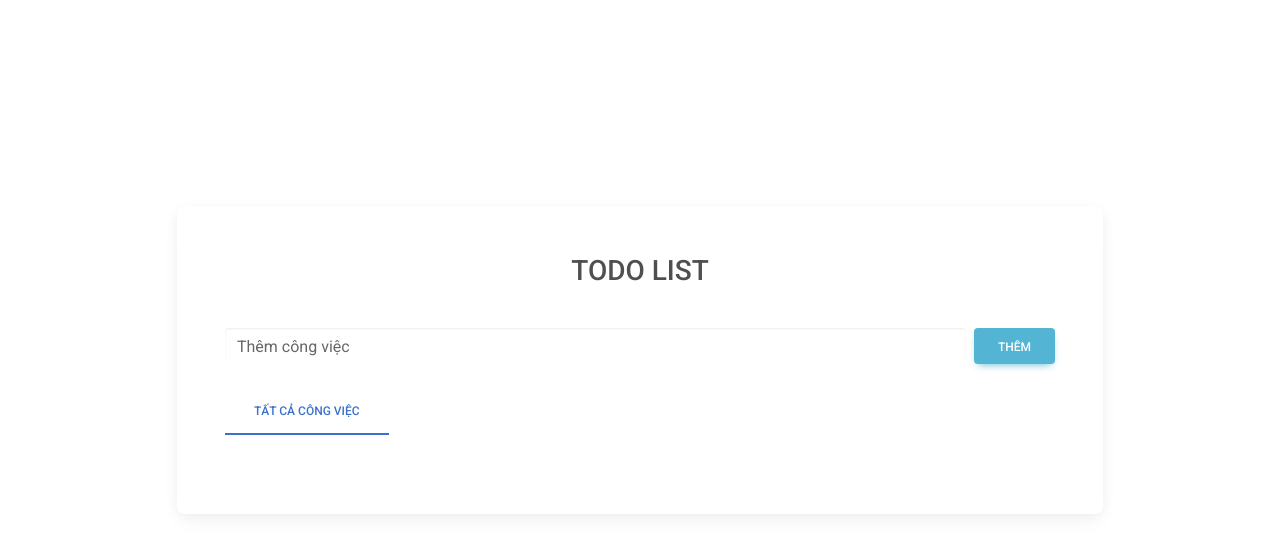
Repository: TinhTT336/MD02_HACKATHON01_HN_JV230620_BS_TranThiTinh_Basic
Page: /
An editor plug-in stored every save of this project. The page is shown before and after the next save, followed by the edit.
The browser window is 1280 px wide. The pictures show the whole page.
Some web libraries are served in a nearby version. The project was rebuilt for these pictures with package versions that can differ from the ones it lists, and the page was loaded fresh each time. Also part of the build but not shown: vite.config.js, src/App.css, src/index.css.

Above is the page before, as saved 2023-09-05 10:05:56.

### index.html
<!DOCTYPE html>
<html lang="en">
  <head>
    <meta charset="UTF-8" />
    <link rel="icon" type="image/svg+xml" href="/vite.svg" />
    <meta name="viewport" content="width=device-width, initial-scale=1.0" />
    <title>Vite + React</title>
    <link
      href="https://cdnjs.cloudflare.com/ajax/libs/font-awesome/6.0.0/css/all.min.css"
      rel="stylesheet"
    />
    <link
      href="https://fonts.googleapis.com/css?family=Roboto:300,400,500,700&display=swap"
      rel="stylesheet"
    />
    <link
      href="https://cdnjs.cloudflare.com/ajax/libs/mdb-ui-kit/6.2.0/mdb.min.css"
      rel="stylesheet"
    />
  </head>
  <body>
    <div id="root"></div>
    <script type="module" src="/src/main.jsx"></script>
  </body>
</html>

### src/App.jsx
import { useState } from 'react'
import reactLogo from './assets/react.svg'
import viteLogo from '/vite.svg'
import './App.css'
import Index from './TodoList/Index'

function App() {
  const [count, setCount] = useState(0)

  return (
    <>
      <Index />
    </>
  )
}

export default App

### src/TodoList/Index.jsx
import React from 'react'
import Header from './Header'

export default function Index() {
    return (
        <div>
            <Header />
        </div>
    )
}

### src/TodoList/Header.jsx
import React from 'react'

export default function Header() {
    return (
        <div>
            <section className="vh-100 gradient-custom">
                <div className="container py-5 h-100">
                    <div
                        className="row d-flex justify-content-center align-items-center
              h-100"
                    >
                        <div className="col col-xl-10">
                            <div className="card">
                                <div className="card-body p-5">
                                    <h3 style={{ textAlign: "center", marginBottom: 40 }}>
                                        TODO LIST
                                    </h3>
                                    <form
                                        className="d-flex justify-content-center
                              align-items-center mb-4"
                                    >
                                        <div className="form-outline flex-fill">
                                            <input type="text" id="form2" className="form-control" />
                                            <label className="form-label" htmlFor="form2">
                                                Thêm công việc
                                            </label>
                                        </div>
                                        <button
                                            type="submit"
                                            className="btn btn-info
                                  ms-2"
                                        >
                                            Thêm
                                        </button>
                                    </form>
                                    {/* Tabs navs */}
                                    <ul className="nav nav-tabs mb-4 pb-2" id="ex1" role="tablist">
                                        <li className="nav-item" role="presentation">
                                            <a className="nav-link active">Tất cả công việc</a>
                                        </li>
                                    </ul>

                                </div>
                            </div>
                        </div>
                    </div>
                </div>
            </section>

        </div>
    )
}

Loaded but not shown: src/main.jsx (common file)

After the next save:
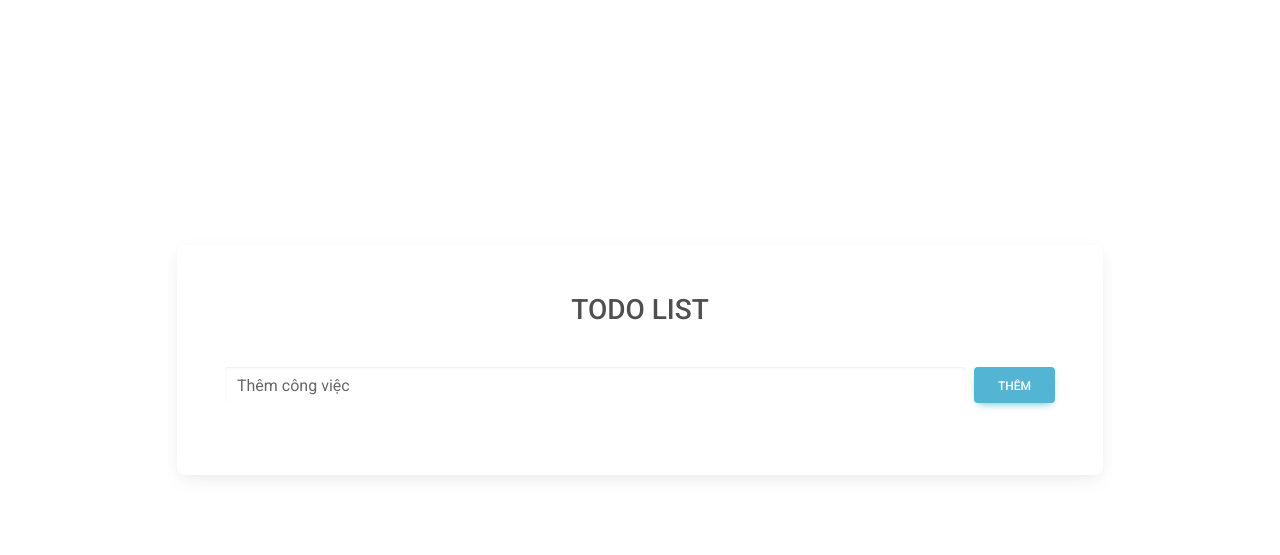
Saved 21 s later.
--- a/src/TodoList/Header.jsx
+++ b/src/TodoList/Header.jsx
@@ -33,13 +33,6 @@ export default function Header() {
                                             Thêm
                                         </button>
                                     </form>
-                                    {/* Tabs navs */}
-                                    <ul className="nav nav-tabs mb-4 pb-2" id="ex1" role="tablist">
-                                        <li className="nav-item" role="presentation">
-                                            <a className="nav-link active">Tất cả công việc</a>
-                                        </li>
-                                    </ul>
-
                                 </div>
                             </div>
                         </div>
